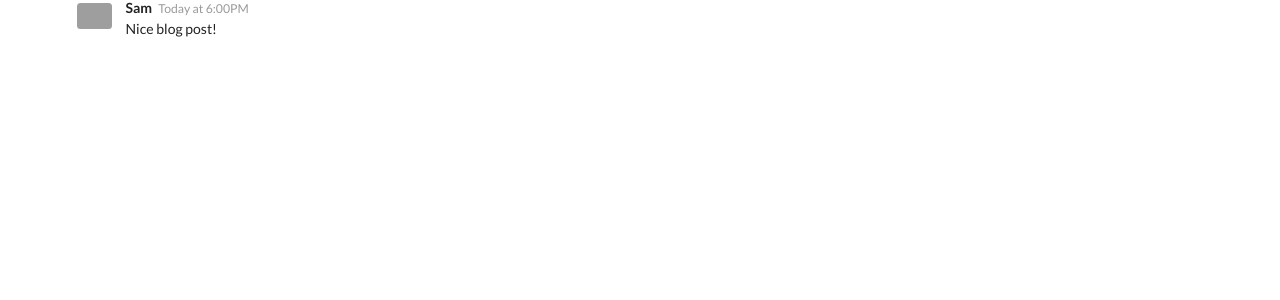
Repository: EgorSherstnev/Components
Page: /
The author's editor kept a copy of each file at every save. The page is drawn from the files as they stood at one save, then again after the next save.
The browser window is 1280 px wide. The pictures show the whole page.
Pictures or frames that could not be fetched are drawn as grey boxes. The project was rebuilt for these pictures with package versions that can differ from the ones it lists, and the page was loaded fresh each time.

Above is the page before, as saved 2022-09-14 23:53:14.

After the next save:
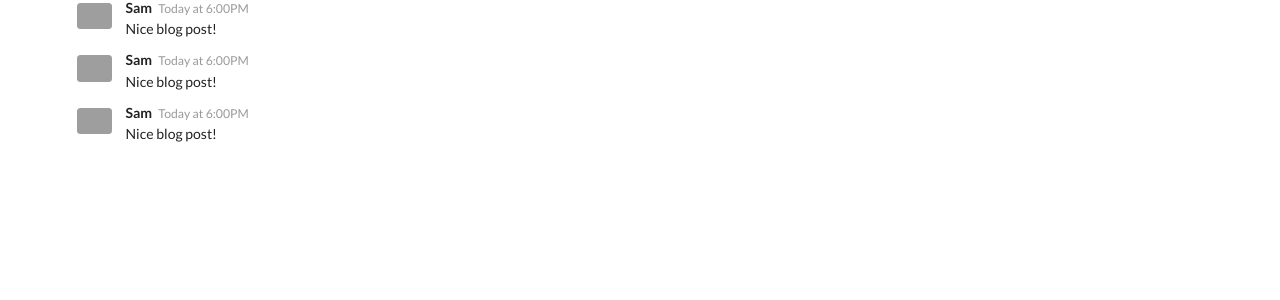
Saved 21 min 47 s later.
--- a/src/index.js
+++ b/src/index.js
@@ -19,9 +19,36 @@ const App = () => {
                     <div className="text">Nice blog post!</div>
                 </div>
             </div>
+            <div className="comment">
+                <a href="/" className="avatar">
+                    <img alt="avatar" src={faker.image.avatar()}/>
+                </a>
+                <div className="content">
+                    <a href="/" className="author">
+                        Sam
+                    </a>
+                    <div className="metadata">
+                        <span className="date">Today at 6:00PM</span>
+                    </div>
+                    <div className="text">Nice blog post!</div>
+                </div>
+            </div>
+            <div className="comment">
+                <a href="/" className="avatar">
+                    <img alt="avatar" src={faker.image.avatar()}/>
+                </a>
+                <div className="content">
+                    <a href="/" className="author">
+                        Sam
+                    </a>
+                    <div className="metadata">
+                        <span className="date">Today at 6:00PM</span>
+                    </div>
+                    <div className="text">Nice blog post!</div>
+                </div>
+            </div>
         </div>
     );
 };
 
-
 ReactDOM.render(<App />, document.querySelector('#root'))
